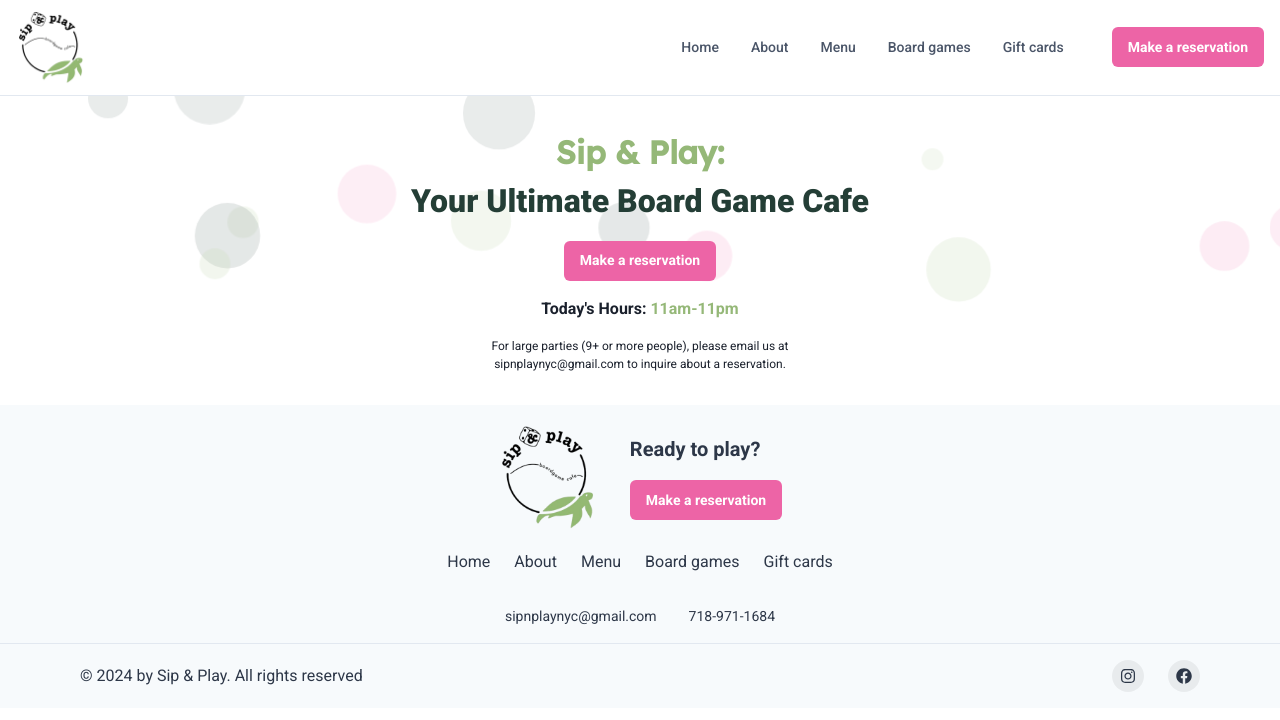
Repository: natespinetti/codedexsummerhackathon
Page: /
These files come from the project's save history. The page is drawn as it stood at one moment and after the next save; the edit follows.
The browser window is 1280 px wide. The pictures show the whole page.
The project was rebuilt for these pictures with package versions that can differ from the ones it lists, and the page was loaded fresh each time. The framework's server and built-in components were replaced by stand-ins that run in the browser. Also part of the build but not shown: next.config.mjs.

Above is the page before, as saved 2024-07-11 15:41:37.

After the next save:
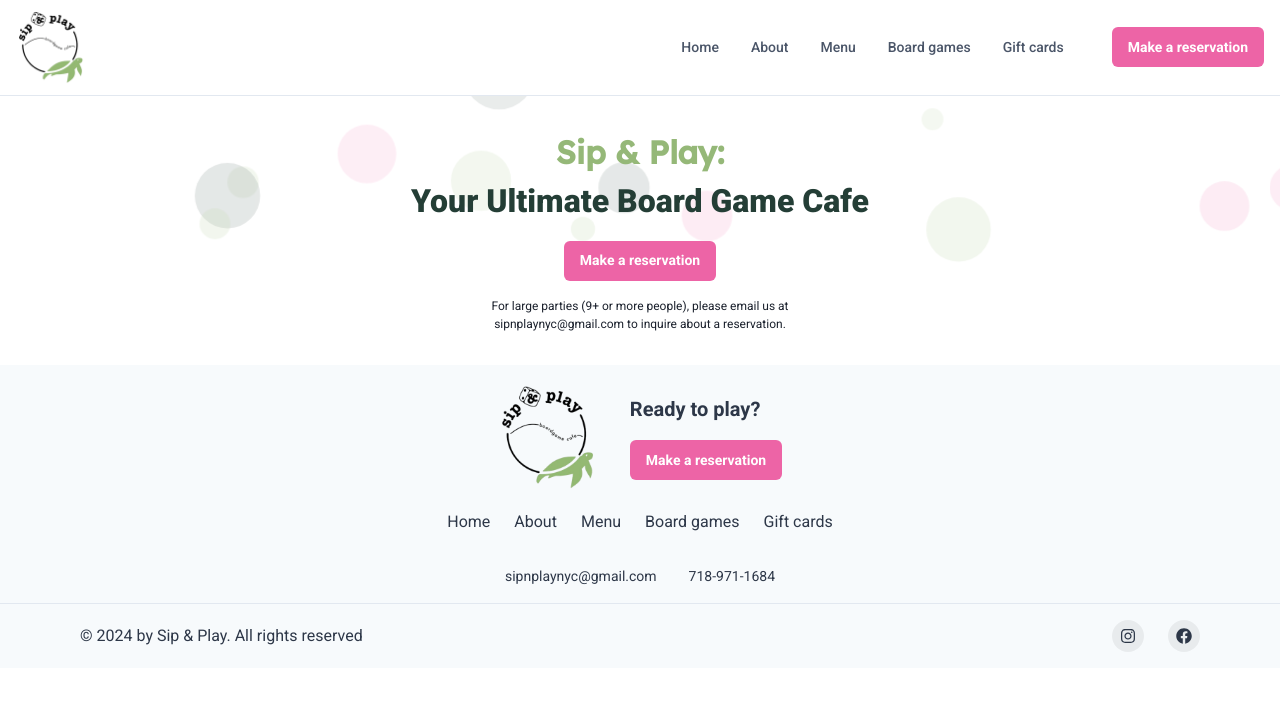
Saved 21 s later.
--- a/app/components/HomeHero.tsx
+++ b/app/components/HomeHero.tsx
@@ -91,7 +91,7 @@
           >
             Make a reservation
           </Button>
-          <CurrentDayHours />
+
           <Text
             fontSize="12px"
             w={{ base: "100%", md: "30%" }}
